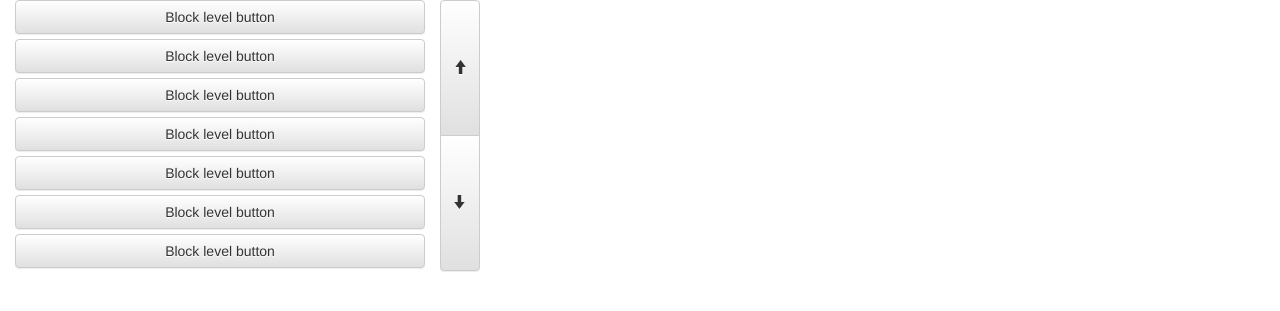
Repository: bmatusiak/bbb-usb-tool-nw
Page: index.html
The author's editor kept a record of every edit. The page is drawn from the files as they stood at one moment, then again after the next edit.
The browser window is 1280 px wide. The pictures show the whole page.

Above is the page before.
Console error: ReferenceError: global is not defined

### index.html
<!DOCTYPE html>
<html>

    <head>
        <title>USB-Tool</title>
        <meta name="viewport"
        content="width=device-width, initial-scale=1.0">

        <link rel="stylesheet" href="bootstrap/css/bootstrap.css" />
        <link rel="stylesheet" href="bootstrap/css/bootstrap-theme.css">
        <script src="js/jquery-1.8.2.min.js"></script>
        <style type="text/css">
            html,body{
                height:272px;
                width:480px;
                overflow:hidden;
            }
        </style>
    </head>

    <body>
        <div class="container-fluid">
            <div class="row">
                <div class="col-xs-11">
                    <button type="button" class="btn btn-default  btn-block">Block level button</button>
                    <button type="button" class="btn btn-default  btn-block">Block level button</button>
                    <button type="button" class="btn btn-default  btn-block">Block level button</button>
                    <button type="button" class="btn btn-default  btn-block">Block level button</button>
                    <button type="button" class="btn btn-default  btn-block">Block level button</button>
                    <button type="button" class="btn btn-default  btn-block">Block level button</button>
                    <button type="button" class="btn btn-default  btn-block">Block level button</button>

                </div>
                <div>
                    <div class="btn-group-vertical">
                      <button type="button" class="btn btn-default" style="height:136px;"><span class="glyphicon glyphicon-arrow-up"></span></button>
                      <button type="button" class="btn btn-default" style="height:136px;"><span class="glyphicon glyphicon-arrow-down"></span></button>
                    </div>

                </div>
            </div>
        </div>
        <script src="bootstrap/js/bootstrap.min.js"></script>

        <script src="main.js"></script>
    </body>

</html>

### main.js
var $ = global.$ = $;
var spawn = require('child_process').spawn

    function runCommand(cmd, done) {
        var c = cmd.split(" ");
        var Cmd = c.splice(0, 1);
        var runC = spawn(Cmd, c);
        var runCout = "";
        var runCerr = "";

        if (!done) done = function() {};

        runC.stdout.on('data', function(data) {
            runCout += data.toString();
        });

        runC.stderr.on('data', function(data) {
            runCerr += data.toString();
        });

        runC.on('close', function(code) {
            alert(runCerr);
            alert(runCout);
            done();
        });
    }

var gui = require('nw.gui');
var win = gui.Window.get();

$(document).ready(function() {
    win.resizeTo(window.screen.availWidth, window.screen.availHeight);
});

var fs = require('fs');

function setupFiles(fpath) {
    fs.readdir(fpath, function(err, files) {
        if (err) throw err;
        for (var i in files) {
            var theFile = $('<button type="button" class="file btn btn-default btn-block" data-fpath="' + fpath + '">' + files[i] + '</button>');
            theFile.appendTo("#files");
            theFile.click(function() {
                $(".file").removeClass("btn-warning");
                $(this).addClass("btn-warning");
            });
        }
    });
}

setupFiles("/mnt/microsd");

$("#btn-ok").click(function() {
    var file = $(".file.btn-warning").data("fpath") + "/" + $(".file.btn-warning").text();
    //alert(file);
    runCommand("rmmod g_mass_storage", function() {
        $(".btn-primary").removeClass("btn-primary");

        runCommand("modprobe g_mass_storage file=" + file + " cdrom=1", function() {
            $(".file.btn-warning").removeClass("btn-warning").addClass("btn-primary");
        });
    })

})

Loaded but not shown: bootstrap/css/bootstrap.css (library); bootstrap/css/bootstrap-theme.css (library); js/jquery-1.8.2.min.js (library); bootstrap/js/bootstrap.min.js (library)

After the next edit:
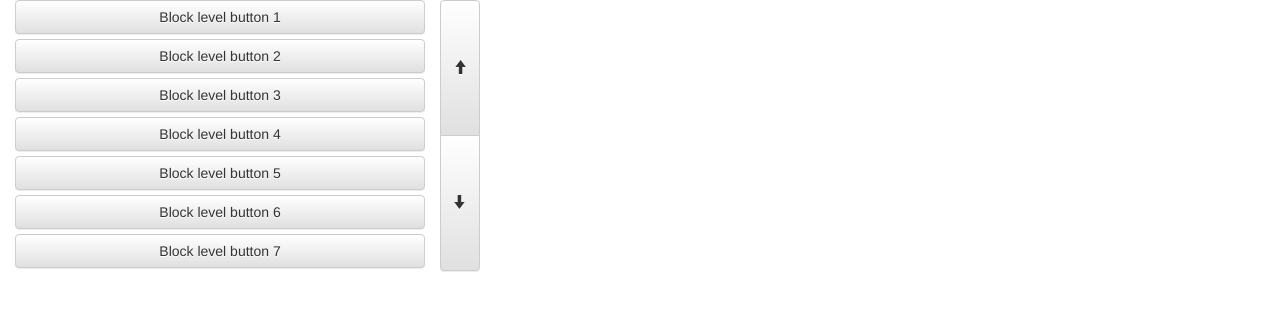
The edit:
--- a/index.html
+++ b/index.html
@@ -22,13 +22,13 @@
         <div class="container-fluid">
             <div class="row">
                 <div class="col-xs-11">
-                    <button type="button" class="btn btn-default  btn-block">Block level button</button>
-                    <button type="button" class="btn btn-default  btn-block">Block level button</button>
-                    <button type="button" class="btn btn-default  btn-block">Block level button</button>
-                    <button type="button" class="btn btn-default  btn-block">Block level button</button>
-                    <button type="button" class="btn btn-default  btn-block">Block level button</button>
-                    <button type="button" class="btn btn-default  btn-block">Block level button</button>
-                    <button type="button" class="btn btn-default  btn-block">Block level button</button>
+                    <button type="button" class="btn btn-default  btn-block">Block level button 1</button>
+                    <button type="button" class="btn btn-default  btn-block">Block level button 2</button>
+                    <button type="button" class="btn btn-default  btn-block">Block level button 3</button>
+                    <button type="button" class="btn btn-default  btn-block">Block level button 4</button>
+                    <button type="button" class="btn btn-default  btn-block">Block level button 5</button>
+                    <button type="button" class="btn btn-default  btn-block">Block level button 6</button>
+                    <button type="button" class="btn btn-default  btn-block">Block level button 7</button>
 
                 </div>
                 <div>
